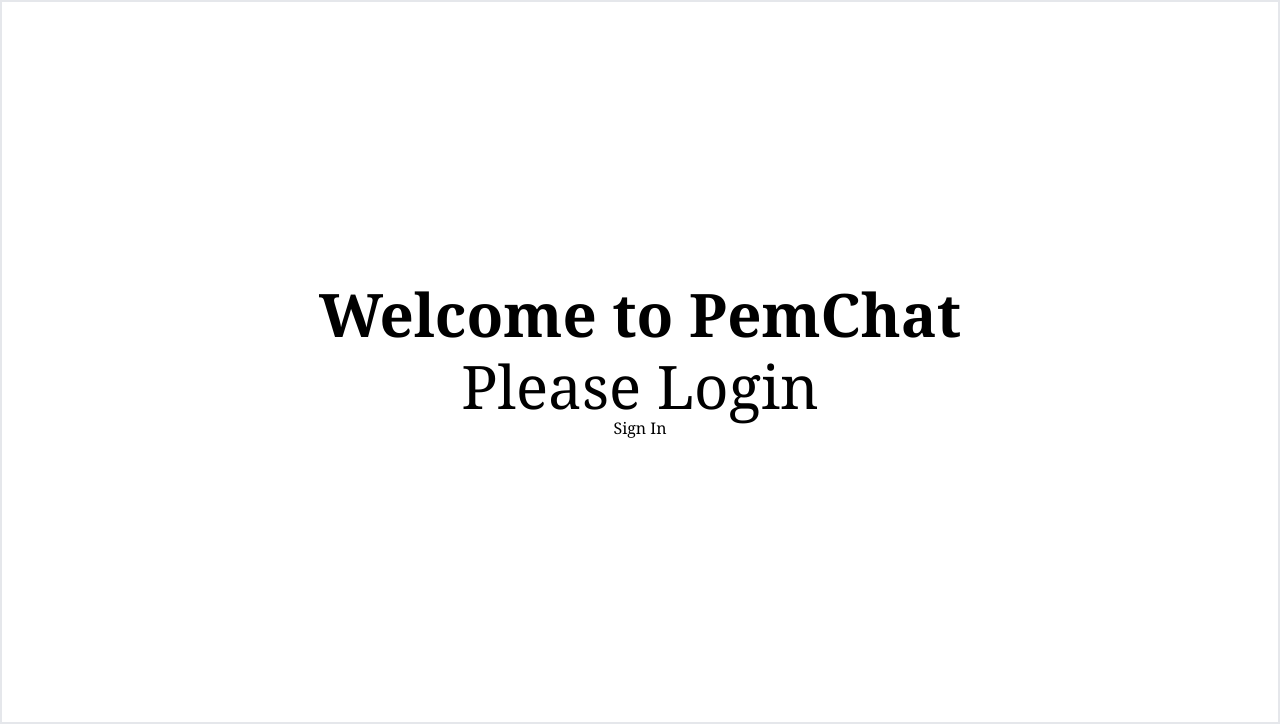
Repository: Semanmernstack/chat-mini
Page: /
The author's editor kept a copy of each file at every save. The page is drawn from the files as they stood at one save, then again after the next save.
The browser window is 1280 px wide. The pictures show the whole page.
The project was rebuilt for these pictures with package versions that can differ from the ones it lists, and the page was loaded fresh each time. Also part of the build but not shown: src/app/Sidebarlist.js, src/Sidebar.js, src/BodyHeader.js, src/Message.js, src/Body.js.

Above is the page before, as saved 2022-11-15 02:08:32.

### src/app/store.js
import { configureStore } from '@reduxjs/toolkit';
import userReducer from '../features/userSlice';


export const store = configureStore({
  reducer: {
    user: userReducer,

  },
});

### src/App.js
import React from 'react';
import logo from './logo.svg';

import Sidebar from './Sidebar';
import Body from './Body';
import { useSelector } from 'react-redux';
import { selectUser } from './features/userSlice';
import Login from './Login';


function App() {
  const user = useSelector(selectUser)
  return (

    <div className="flex  items-center    max-w-screen-xl mx-auto border-2">

       {user ? (
        <>
        <div className=" flex-[0.4] h-screen ">

        <Sidebar/>
      </div>
      <div className=" flex-[0.6] h-screen">
        <Body/>
      </div>
      </>

       ) : (
        <Login/>
       )}
    </div>
  );
}

export default App;

### src/features/userSlice.js
import {  createSlice } from '@reduxjs/toolkit';





export const userSlice = createSlice({
  name: 'user',
  initialState: {
    user: null,
  },

  reducers: {
    login: (state, action) => {

      state.user = action.payload;
    },
    logout: (state) => {
      state.user = null;
    },

  },
})

export const { login, logout } = userSlice.actions;


export const selectUser = (state) => state.user.user;



export default userSlice.reducer;

### src/Login.js
import React from 'react'

function Login() {
  return (
    <div className="flex font-serif flex-col text-center mx-auto items-center h-screen justify-center">
        <div className=" flex flex-col items-center   text-3xl md:text-4xl lg:text-6xl">
            <h1 className="font-extrabold mb-3">Welcome to PemChat</h1>
            <h2>Please Login</h2>
        </div>
        <button>Sign In</button>
    </div>
  )
}

export default Login

Loaded but not shown: public/index.html (common file); src/index.js (common file); src/reportWebVitals.js (common file); src/index.css (common file); tailwind.config.js (common file)

After the next save:
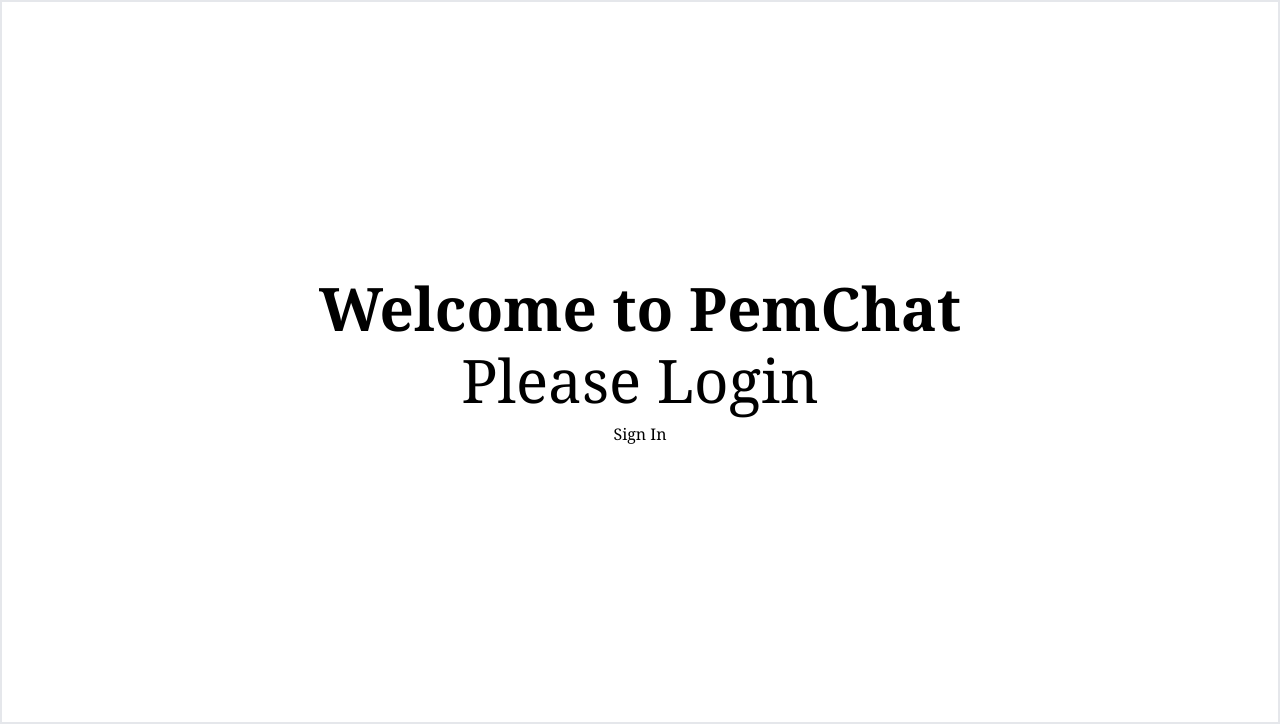
Saved 32 s later.
--- a/src/Login.js
+++ b/src/Login.js
@@ -7,7 +7,7 @@ function Login() {
             <h1 className="font-extrabold mb-3">Welcome to PemChat</h1>
             <h2>Please Login</h2>
         </div>
-        <button>Sign In</button>
+        <button className="mt-3">Sign In</button>
     </div>
   )
 }
